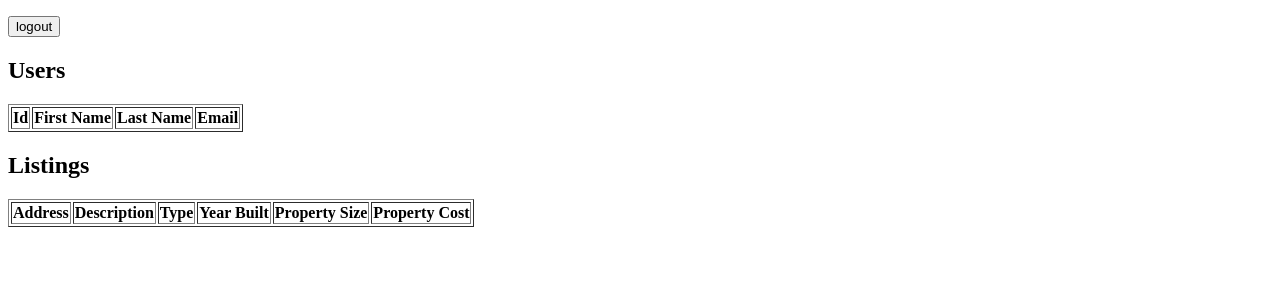
Repository: rickytorrez/test
Page: http://localhost/dcHome/WEB-INF/dashboard.jsp
The author's editor kept a copy of each file at every save. The page is drawn from the files as they stood at one save, then again after the next save.
The browser window is 1280 px wide. The pictures show the whole page.
The page is served by Tomcat 9. Nobody is signed in. Other server files are loaded and not shown. The template is opened directly, without the code that normally fills it, so the values that code supplies are empty.

Above is the page before, as saved 2018-05-31 16:53:49.

### dcHome/src/main/webapp/WEB-INF/dashboard.jsp
<%@ page language="java" contentType="text/html; charset=UTF-8"
    pageEncoding="UTF-8"%>
<%@ taglib uri="http://java.sun.com/jsp/jstl/core" prefix="c" %>
<%@taglib prefix="fmt" uri="http://java.sun.com/jsp/jstl/fmt"%>
<%@taglib prefix="form" uri="http://www.springframework.org/tags/form"%>
<%@ taglib prefix="spring" uri="http://www.springframework.org/tags" %>

<!DOCTYPE html PUBLIC "-//W3C//DTD HTML 4.01 Transitional//EN" "http://www.w3.org/TR/html4/loose.dtd">
<html>
	<head>
		<meta http-equiv="Content-Type" content="text/html; charset=UTF-8">
		<title>Admin Dashboard</title>
	</head>
	<body>
		<form action="/users/logout" method="get">
 			<p>
 				<input type="submit" value="logout" />
 			</p>
 		</form>
 		<h2>Users</h2>
 		<table border="1px">
 			<tr>
 				<th>Id</th>
 				<th>First Name</th>
 				<th>Last Name</th>
 				<th>Email</th>
 			</tr>
 		<c:forEach items="${users}" var="user">
 			<tr>
 				<td>${ user.id }</td>
 				<td>${ user.firstname }</td>
 				<td>${ user.lastname }</td>
 				<td>${ user.email }</td>
 			</tr>
 		</c:forEach>
 		</table>

		<h2>Listings</h2>
		<table border="1px">
 			<tr>
 				<th>Address</th>
 				<th>Description</th>
 				<th>Type</th>
 				<th>Year Built</th>
 				<th>Property Size</th>
 				<th>Property Cost</th>
 			</tr>
		<c:forEach items="${listings}" var="listing">
 			<tr>
	 			<td>${ listing.address }</td>
	 			<td>${ listing.description }</td>
	 			<td>${ listing.type }</td>
	 			<td>${ listing.yearbuilt }</td>
	 			<td>${ listing.size }</td>
	 			<td>${ listing.cost }</td>
 			</tr>
 		</c:forEach>
		</table>


	</body>
</html>

After the next save:
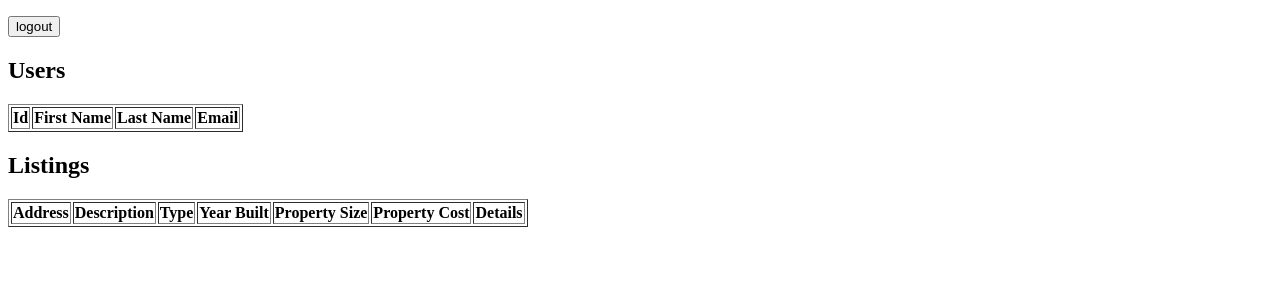
Saved 14 s later.
--- a/dcHome/src/main/webapp/WEB-INF/dashboard.jsp
+++ b/dcHome/src/main/webapp/WEB-INF/dashboard.jsp
@@ -44,6 +44,7 @@
  				<th>Year Built</th>
  				<th>Property Size</th>
  				<th>Property Cost</th>
+ 				<th>Details</th>
  			</tr>
 		<c:forEach items="${listings}" var="listing">
  			<tr>
